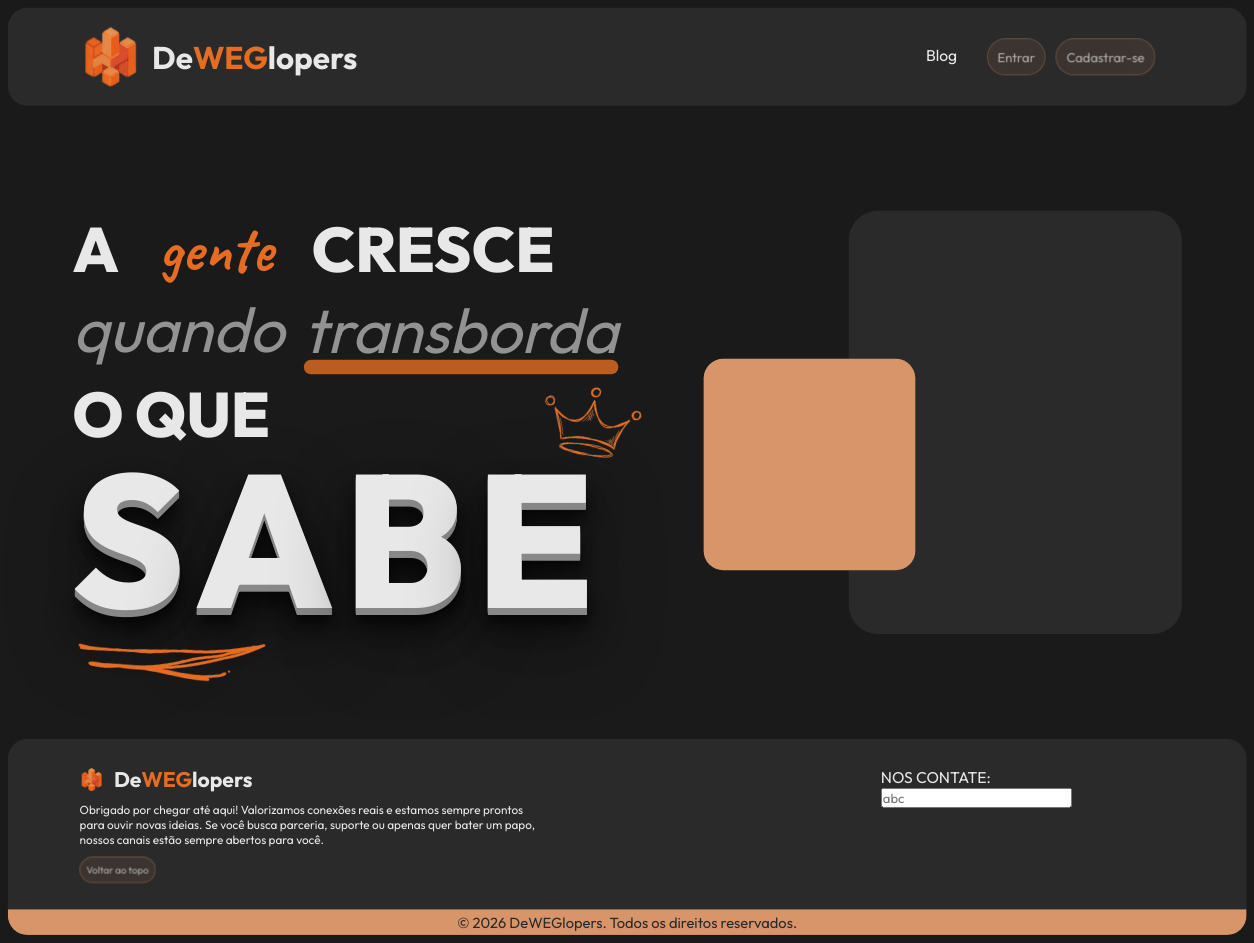
Repository: Pedro-Schulz/Projeto_Liandro
Page: Projeto_Liandro-main/index.html
These files come from the project's save history. The page is drawn as it stood at one moment and after the next save; the edit follows.
The browser window is 1280 px wide. The pictures show the whole page, at 98% of full size.

Above is the page before, as saved 2026-05-20 18:20:54.

After the next save:
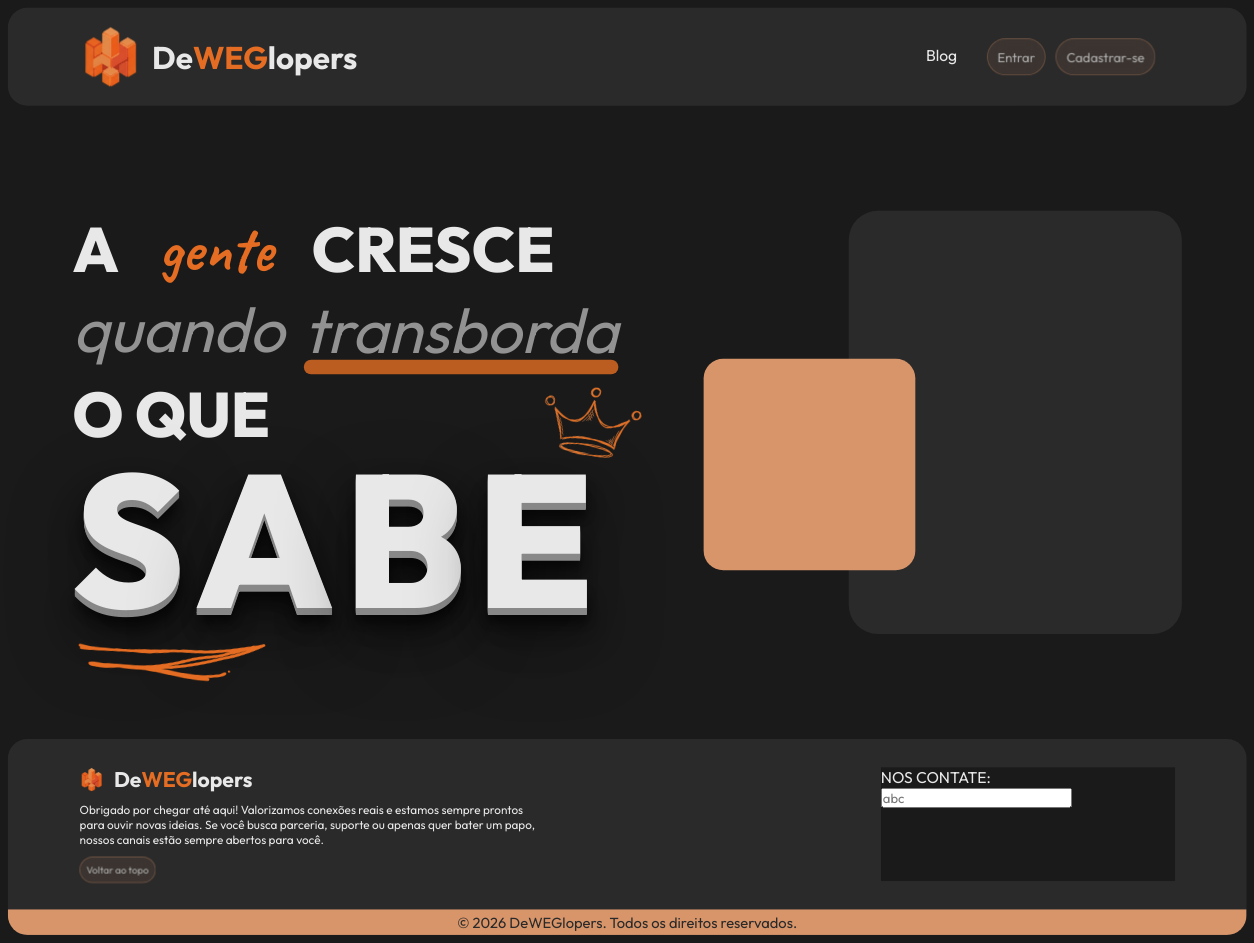
Saved 6 s later.
--- a/Projeto_Liandro-main/assets/styles/style.css
+++ b/Projeto_Liandro-main/assets/styles/style.css
@@ -319,7 +319,7 @@ footer p {
     font-size: 12px;
 }
 footer .contato {
-    background-color: var(--bg-secondary);
+    background-color: var(--bg-primary);
     height: 75%;
     width: 300px;
 }
